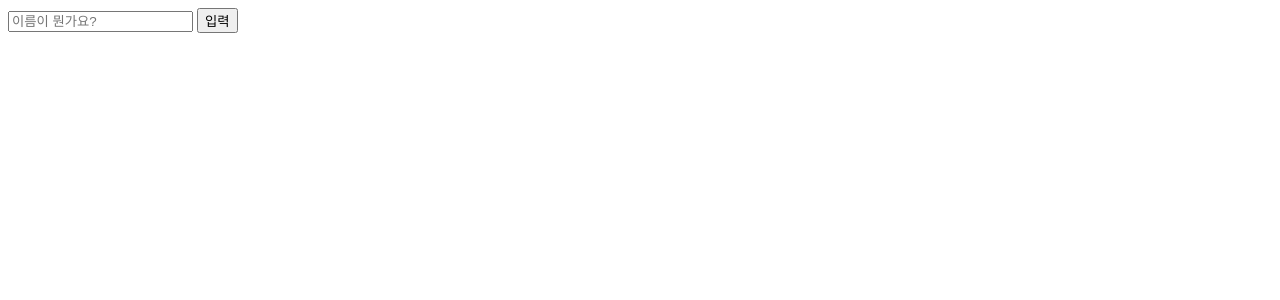
Repository: jun01270/F-E-practice
Page: index.html
The author's editor kept a copy of each file at every save. The page is drawn from the files as they stood at one save, then again after the next save.
The browser window is 1280 px wide. The pictures show the whole page.

Above is the page before, as saved 2022-12-22 14:40:58.

### index.html
<!DOCTYPE html>
<html lang="en">
  <head>
    <meta charset="UTF-8" />
    <meta http-equiv="X-UA-Compatible" content="IE=edge" />
    <meta name="viewport" content="width=device-width, initial-scale=1.0" />
    <link rel="stylesheet" href="style.css" />
    <title>Document</title>
  </head>
  <body>
    <form id="userName-form">
      <input required type="text" placeholder="이름이 뭔가요?" />
      <input type="submit" value="입력" />
    </form>
    <script src="app.js"></script>
  </body>
</html>

### style.css
.Boom {
  width: 200px;
  height: 200px;
}

.lucky {
  width: 200px;
  height: 200px;
}

### app.js
const userNameBtn = document.querySelector("#userName-form submit");
const userName = document.querySelector("#userName-form text");
const loginForm = document.querySelector("#userName-form ");

function onLoginSubmit() {
  const userNameValue = userName.value;
  console.log(userNameValue);
}

loginForm.addEventListener("submit", onLoginSubmit);

After the next save:
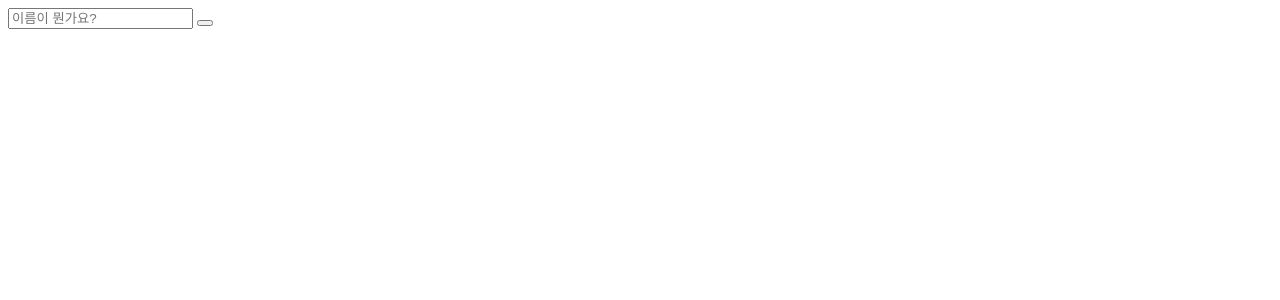
Saved 16 min 1 s later.
--- a/index.html
+++ b/index.html
@@ -10,7 +10,7 @@
   <body>
     <form id="userName-form">
       <input required type="text" placeholder="이름이 뭔가요?" />
-      <input type="submit" value="입력" />
+      <button type="submit" value="입력" />
     </form>
     <script src="app.js"></script>
   </body>

After the save that followed:
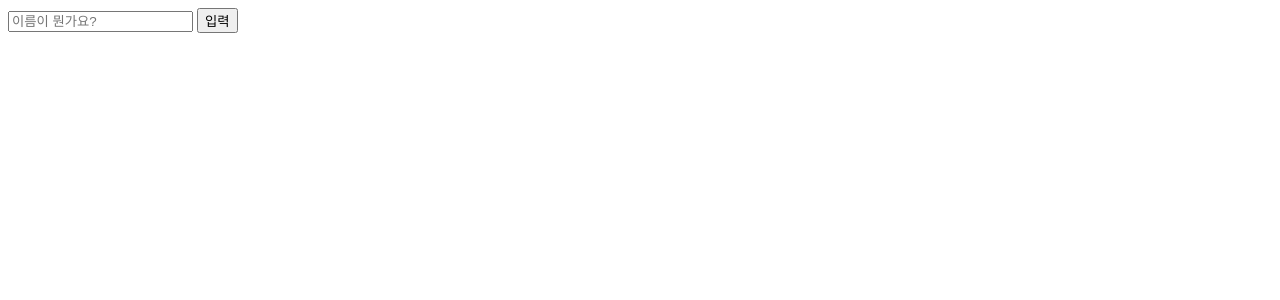
Saved 7 s later.
--- a/index.html
+++ b/index.html
@@ -10,7 +10,7 @@
   <body>
     <form id="userName-form">
       <input required type="text" placeholder="이름이 뭔가요?" />
-      <button type="submit" value="입력" />
+      <input type="submit" value="입력" />
     </form>
     <script src="app.js"></script>
   </body>
